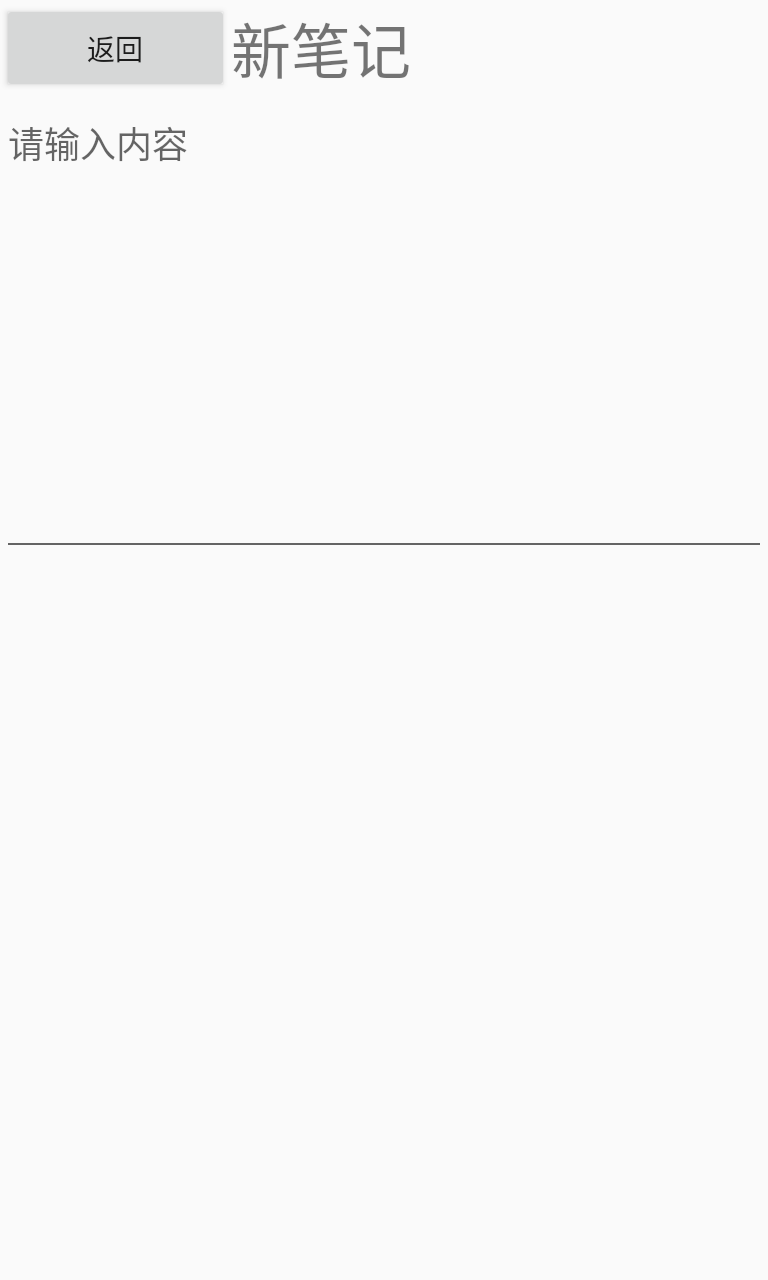
Repository: mxfpaul/Test
Layout: Note/MyNote2/res/layout/newnote.xml
These files come from the project's save history. The layout is drawn as it stood at one moment and after the next save; the edit follows.
It is drawn on a 768 x 1280 px phone screen (xhdpi) without system bars, with theme AppTheme; the app's code is not run.

Above is the layout before, as saved 2014-11-19 23:20:26.

After the next save:
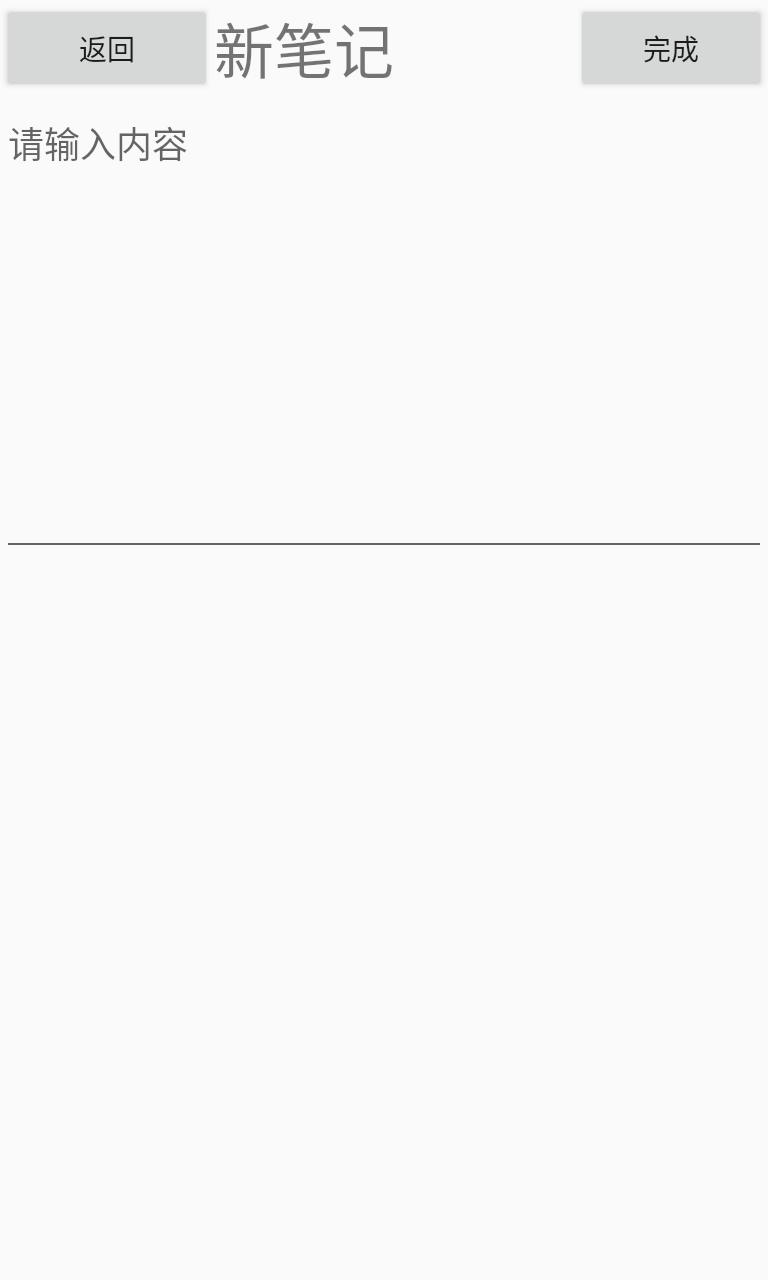
Saved 2 days later.
--- a/Note/MyNote2/res/layout/newnote.xml
+++ b/Note/MyNote2/res/layout/newnote.xml
@@ -23,6 +23,12 @@
             android:layout_weight="10"
             android:text="@string/new_textview_text"
             android:textSize="30sp" />
+
+        <Button
+            android:id="@+id/new_button_new"
+
+            android:layout_weight="1"
+            android:text="@string/new_button_text2" />
 		<!--
         <TextView
             android:id="@+id/new_textview_all"
